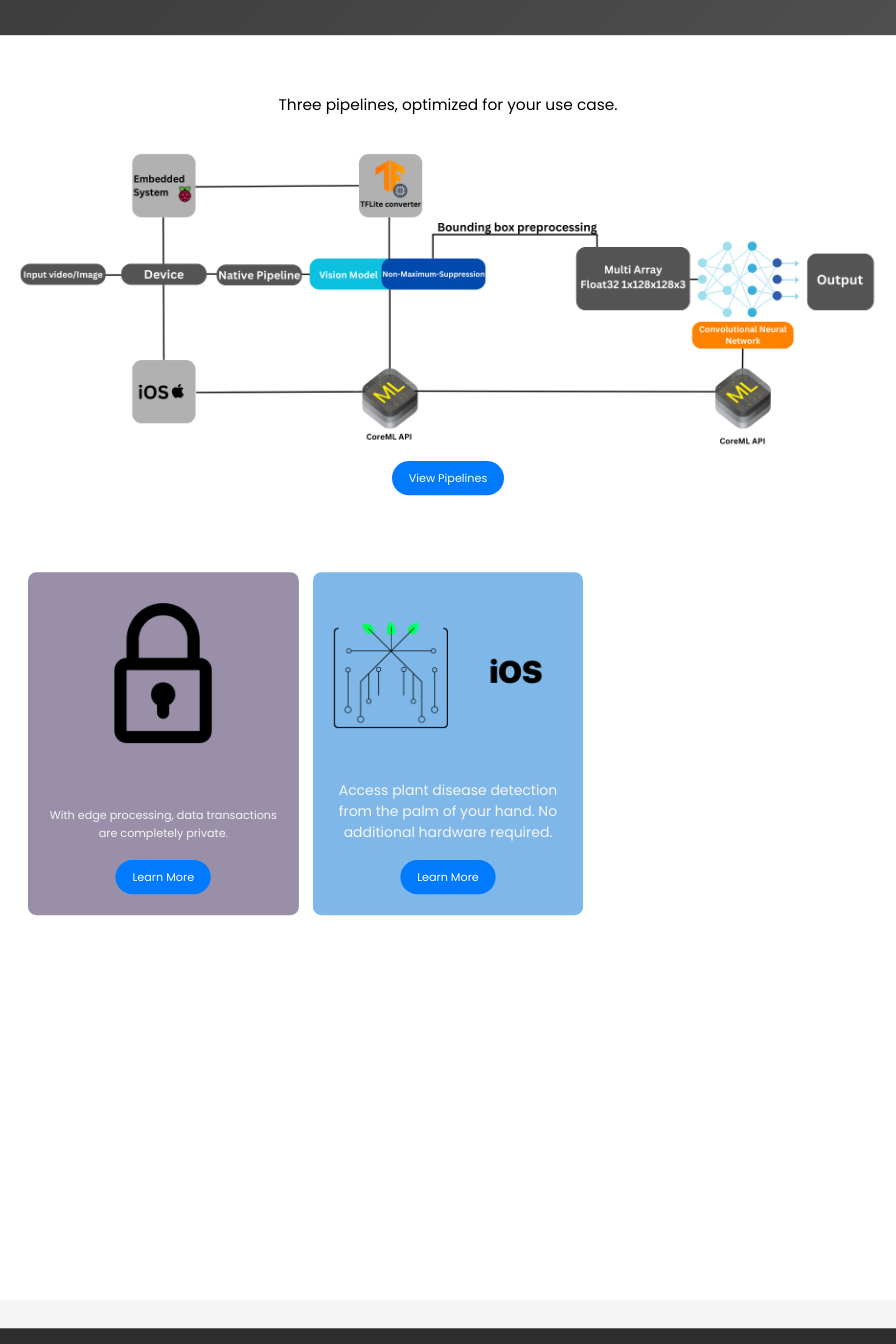
Repository: jss1118/The-Deeproot-Project
Page: Website/index.html
An editor plug-in stored every save of this project. The page is shown before and after the next save, followed by the edit.
The browser window is 1280 px wide. The pictures show the part of the page from y = 1132 to 3052 px (the page is 3212 px tall), at 70% of full size.

Above is the page before, as saved 2025-03-21 13:36:08.

### Website/index.html
<!DOCTYPE html>
<html lang="en">

<head>
  <meta charset="UTF-8">
  <meta name="viewport" content="width=device-width, initial-scale=1.0">
  <title>Deeproot A.I</title>
  <link href="https://fonts.googleapis.com/css2?family=Poppins:wght@400;600&display=swap" rel="stylesheet">
  <style>
    body {
      margin: 0;
      font-family: 'Poppins', sans-serif;
      overflow-x: hidden;
      background-color: #f5f5f5;
    }

    nav {
      background: rgba(22, 22, 22, 0.9);
      position: sticky;
      top: 0;
      width: 100%;
      z-index: 1000;
      display: flex;
      justify-content: center;
    }

    .navlinks {
      list-style: none;
      display: flex;
      gap: 30px;
      padding: 15px;
      margin: 0;
    }

    .navlink, .navicon svg {
      color: #d3d3d3;
      text-decoration: none;
      transition: color 0.3s;
    }

    .navlink:hover, .mainpagelink a:hover {
      color: white;
    }

    .mainpage2, .mainpage3, .mainpage4 {
      padding: 60px 20px;
      text-align: center;
    }

    .mainpage2 {
      background: linear-gradient(135deg, #2e2e2e, #4f4f4f);
      color: white;
    }

    .mainpage2 img, .mainpage3 img, .promo1 img {
      max-width: 100%;
      height: auto;

    }

    .mp2-title1 {
      font-size: 56px;
      font-weight: 600;
      margin-bottom: 15px;
    }

    .mp2-desc, .mp3desc {
      font-size: 22px;
      margin-bottom: 25px;
    }

    .mainpagelink a {
      display: inline-block;
      margin: 10px;
      padding: 12px 24px;
      background: #007aff;
      color: white;
      border-radius: 25px;
      text-decoration: none;
      transition: background 0.3s;
    }

    .mainpage3 {
      background: white;
    }

    .mainpage3 img {
      margin-top: 20px;
      border-radius: 12px;
    }

    .mainpage4 {
      display: grid;
      grid-template-columns: repeat(auto-fit, minmax(300px, 1fr));
      gap: 20px;
      background-color: white;
      padding: 40px;
    }

    .promo1, .promo2, .promo3, .promo4, .promo5, .promo6 {
      background-size: cover;
      background-position: center;
      height: 450px;
      display: flex;
      flex-direction: column;
      justify-content: flex-end;
      padding: 20px;
      color: white;
      border-radius: 12px;
      position: relative;
    }

    .promo1 img, .promo2 img, .promo3 img, .promo4 img, .promo5 img, .promo6 img {
      margin-bottom: 10px;
    }

    .promo1 {
      background-color: #9a8fa8;
      color: #f5f5f5;
    }
    .promo2 {
      background-color: #7fb8e8;
      color: #f5f5f5;
      background-size: cover;
      background-position: center;
      height: 450px;
      display: flex;
      flex-direction: column;
      justify-content: flex-end;
      padding: 20px;
      border-radius: 12px;
      position: relative;
    }
    .promo2 p {
      font-size: 20px;
      margin-bottom: 15px;
    }


    .promo1 img {
      width: 200px;
      height: auto;
      margin: 0 auto 15px auto;
      display: block;
      background: none;
      position: relative;
      bottom: 60px;
    }

    .promo2 img {
      width: 360px;
      height: 400px;
      margin: 0 auto 15px auto;
      display: block;
      border-radius: 10px;

      position: relative;
      top: 60px;
    }

    footer {
      background-color: #2e2e2e;
      color: #ccc;
      text-align: center;
      padding: 30px 20px;
      margin-top: 40px;
    }

    footer a {
      color: #007aff;
      text-decoration: underline;
    }

    @media (max-width: 768px) {
      .mp2-title1 { font-size: 40px; }
      .mp2-desc, .mp3desc { font-size: 18px; }
      .mainpagelink a { padding: 10px 20px; }
    }
  </style>
</head>

<body>
  <nav>
    <ul class="navlinks">
      <li><a class="navlink" href="/">iOS</a></li>
      <li><a class="navlink" href="/applestore">Raspberry Pi 5</a></li>
      <li><a class="navlink" href="/">Native</a></li>
      <li><a class="navlink" href="/">State-of-the-art Models</a></li>
      <li><a class="navlink" href="/">Developers</a></li>
    </ul>
  </nav>

  <section class="mainpage2">
    <h1 class="mp2-title1">Deeproot</h1>
    <p class="mp2-desc">Portable. Fast. Secure.</p>
    <p class="mp2-desc">The all-in-one automated solution for early plant disease detection.</p>
    <div class="mainpagelink"><a href="#">Learn More</a></div>
    <img src="wide logo.png" alt="Deeproot Logo">
  </section>

  <section class="mainpage3">
    <p class="mp3desc">Three pipelines, optimized for your use case.</p>
    <img src="newgraph.png" alt="Machine Learning Pipelines">
    <div class="mainpagelink"><a href="#">View Pipelines</a></div>
  </section>

  <section class="mainpage4">
    <div class="promo1">
      <img src="lock.fill.png" alt="Promo icon">
      <p>With edge processing, data transactions are completely private. </p>
      <div class="mainpagelink"><a href="#">Learn More</a></div>
    </div>
    <div class="promo2">
      <img src="deeprootios.png" alt="ios icon">
      <p>Access plant disease detection from the palm of your hand. No additional hardware required.</p>
      <div class="mainpagelink"><a href="#">Learn More</a></div>
    </div>



    <div class="promo3"></div>
    <div class="promo4"></div>
    <div class="promo5"></div>
    <div class="promo6"></div>
  </section>

  <footer>
    <p>The Deeproot Project by <a href="https://github.com/iamreiyn">Josh Stanley</a></p>
    <p>Deeproot started by Josh Stanley as an 8th grade science project and grew into a full application, helping farmers detect plant diseases early. It combines deep learning and computer vision to protect crops in a cost-effective and automated way.</p>
  </footer>
</body>
</html>

After the next save:
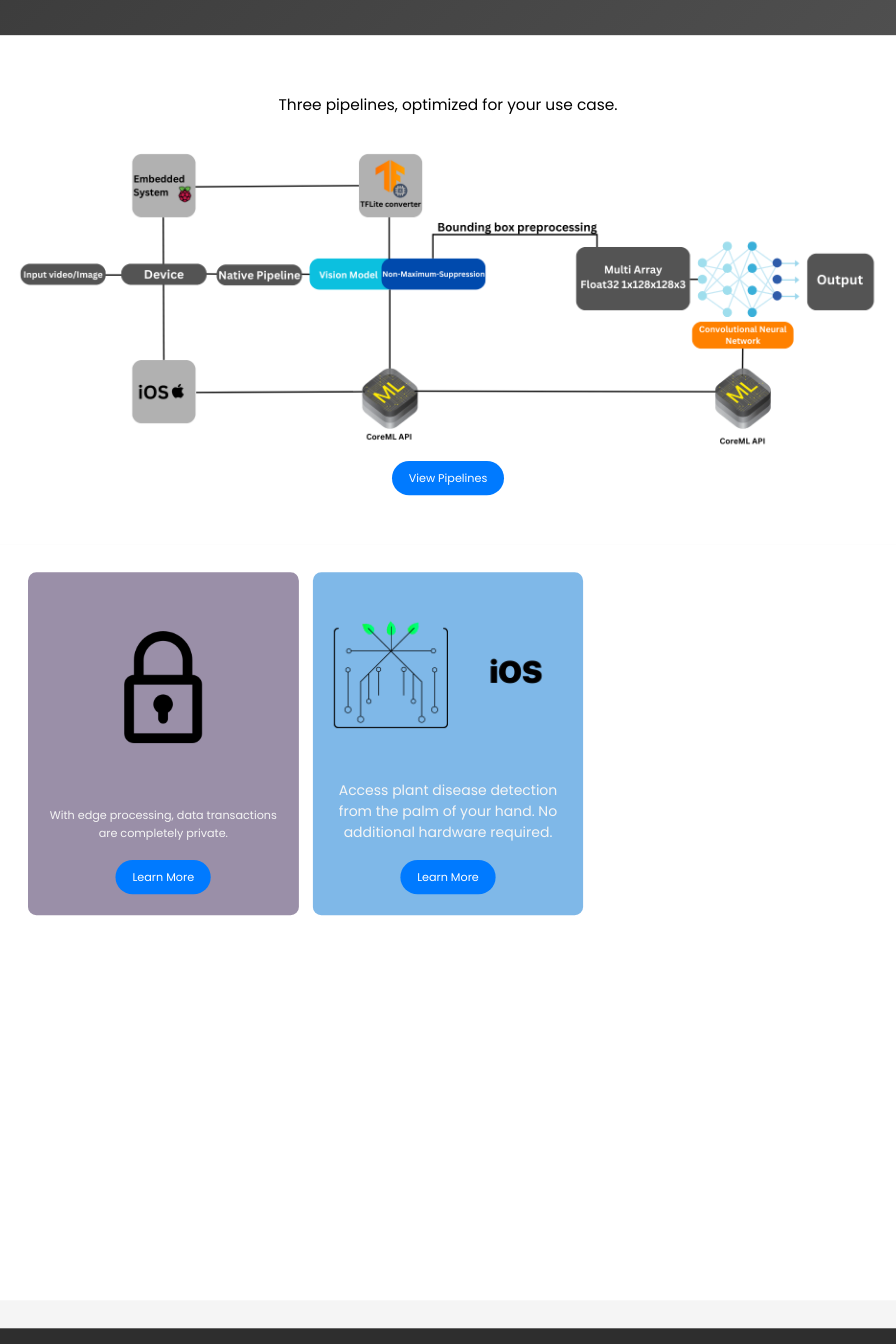
Saved 8 s later.
--- a/Website/index.html
+++ b/Website/index.html
@@ -138,7 +138,7 @@
 
 
     .promo1 img {
-      width: 200px;
+      width: 160px;
       height: auto;
       margin: 0 auto 15px auto;
       display: block;
